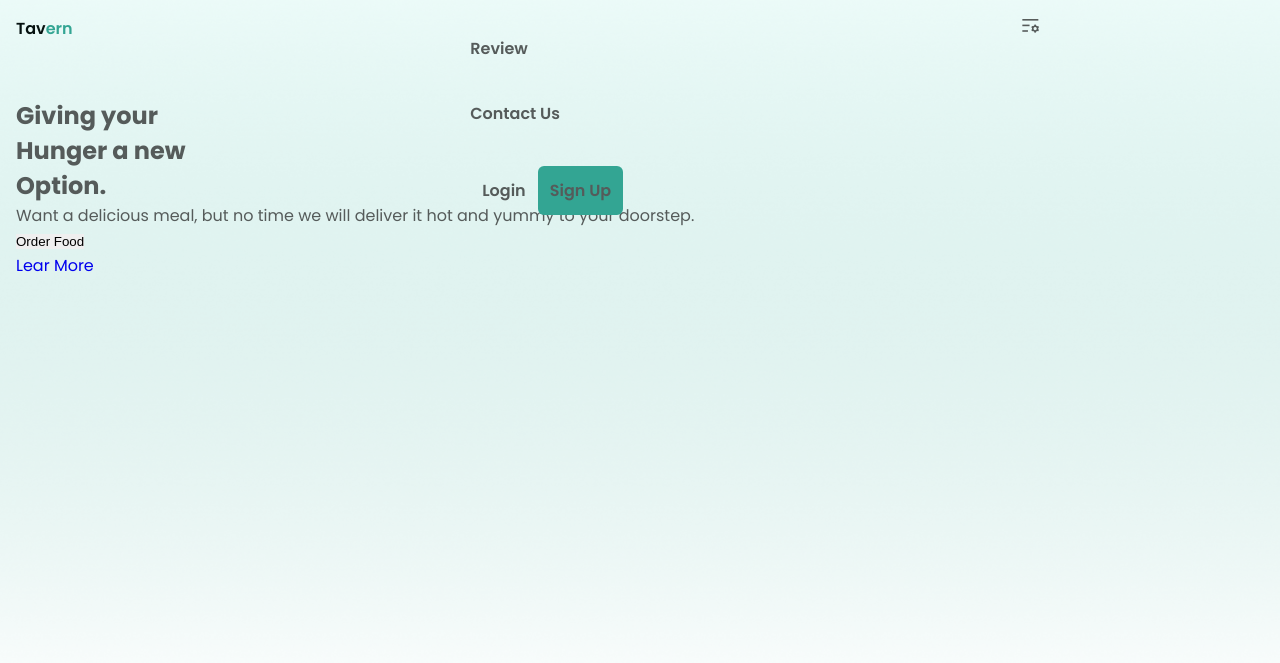
Repository: haokiet2501/tavern-restaurant-landing-page
Page: index.html
An editor plug-in stored every save of this project. The page is shown before and after the next save, followed by the edit.
The browser window is 1280 px wide. The pictures show the whole page.
The style sheet was rebuilt from its Sass, Less or Tailwind sources for each picture, by a compiler version that may differ from the author's.

Above is the page before, as saved 2022-07-01 16:13:56.

After the next save:
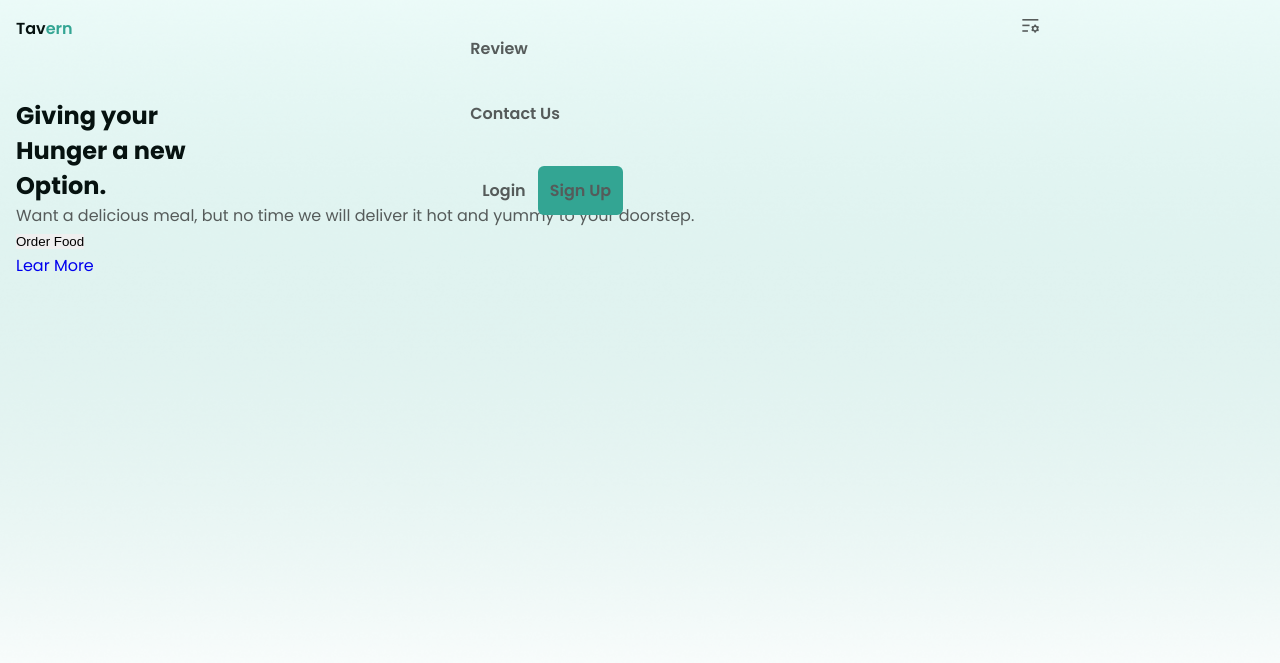
Saved 12 s later.
--- a/sass/main/_main.scss
+++ b/sass/main/_main.scss
@@ -110,7 +110,7 @@
         align-content: center;
     }
 
-    &__heading {
+    &__heading > h2 {
         color: var(--heading-color);
     }
 }
